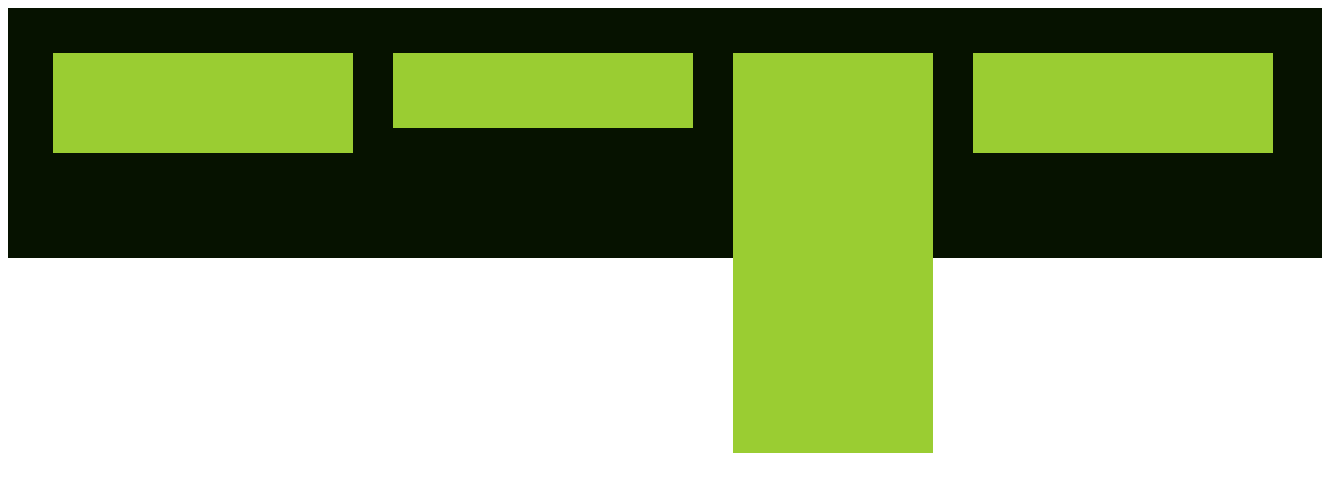
Repository: noahmah/DynamicContentDesign
Page: index.html
These files come from the project's save history. The page is drawn as it stood at one moment and after the next save; the edit follows.
The browser window is 1280 px wide. The page is 1322 px wide, so the pictures cover 1322 px, including what lies to the right of the window. The pictures show the whole page.

Above is the page before, as saved 2020-02-13 14:33:14.

After the next save:
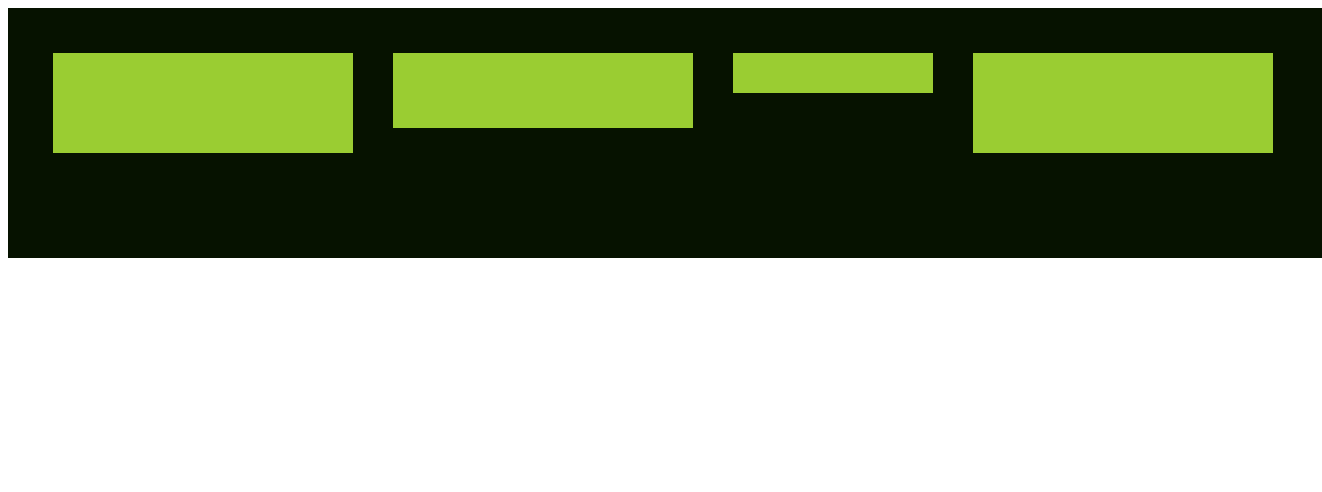
Saved 4 s later.
--- a/footer.css
+++ b/footer.css
@@ -23,7 +23,7 @@
 
 .Object3 {
     width: 200px;
-    height: 400px;
+    height: 40px;
 }
 
 .Object4 {
